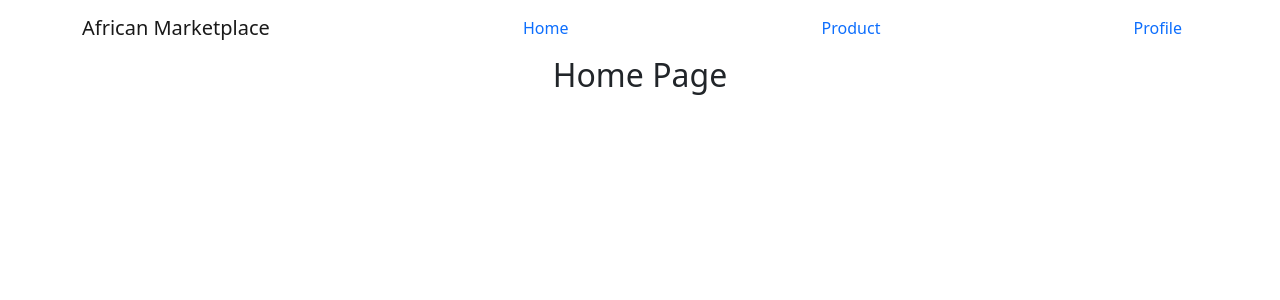
Repository: NelsonMaldonado/AfricanMarketplace
Page: / (app in african-marketplace/)
These files come from the project's save history. The page is drawn as it stood at one moment and after the next save; the edit follows.
The browser window is 1280 px wide. The pictures show the whole page.
The project was rebuilt for these pictures with package versions that can differ from the ones it lists, and the page was loaded fresh each time.

Above is the page before, as saved 2021-08-23 08:02:40.

### african-marketplace/src/App.js
import "./App.css";
import Home from "./component/home";
import NavigationBar from "./component/navigation-bar";
import { BrowserRouter, Route, SWitch } from "react-router-dom";

function App() {
  return (
    <div className="App">
      <NavigationBar />

      <BrowserRouter>
        <switch>
          <Route></Route>
        </switch>
      </BrowserRouter>
      <Home />
    </div>
  );
}

export default App;

### african-marketplace/src/component/home.js
import React from "react";


export default function Home(props) {
  return (
    <div>
      <h2>Home Page</h2>

    </div>
  );
}

### african-marketplace/src/component/navigation-bar.js
import { Navbar, Nav, Container } from "react-bootstrap";
import "bootstrap/dist/css/bootstrap.min.css";

export default function NavigationBar(props) {
  return (
    <Navbar>
      <Container>
        <Navbar.Brand href="#">African Marketplace</Navbar.Brand>
        <Nav.Link href="#">Home</Nav.Link>
        <Nav.Link href="#">Product</Nav.Link>
        <Nav.Link href="#">Profile</Nav.Link>
      </Container>
    </Navbar>
  );
}

Loaded but not shown: african-marketplace/public/index.html (common file); african-marketplace/src/index.js (common file); african-marketplace/src/index.css (common file); african-marketplace/src/reportWebVitals.js (common file); african-marketplace/src/App.css (common file)

After the next save:
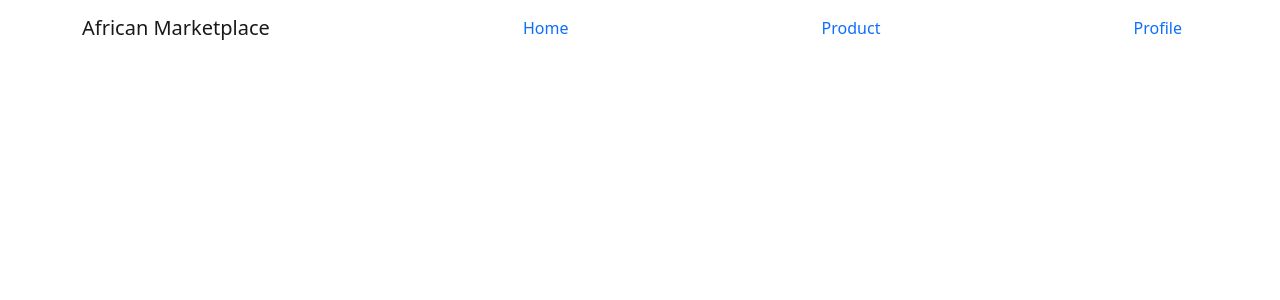
Saved 6 s later.
--- a/african-marketplace/src/App.js
+++ b/african-marketplace/src/App.js
@@ -13,7 +13,7 @@
           <Route></Route>
         </switch>
       </BrowserRouter>
-      <Home />
+
     </div>
   );
 }

After the 2 saves that followed:
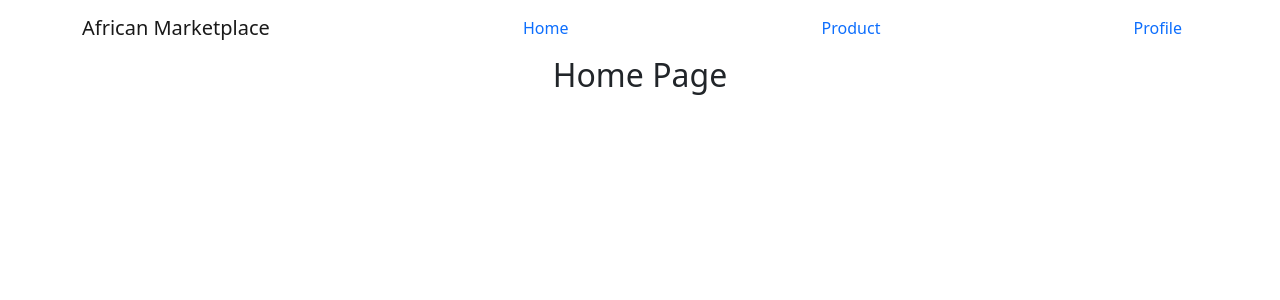
The 2 saves are shown as one change because they came seconds apart.
The last was saved 10 s later.
--- a/african-marketplace/src/App.js
+++ b/african-marketplace/src/App.js
@@ -10,10 +10,11 @@
 
       <BrowserRouter>
         <switch>
-          <Route></Route>
+          <Route exact path="/">
+            <Home />
+          </Route>
         </switch>
       </BrowserRouter>
-
     </div>
   );
 }
